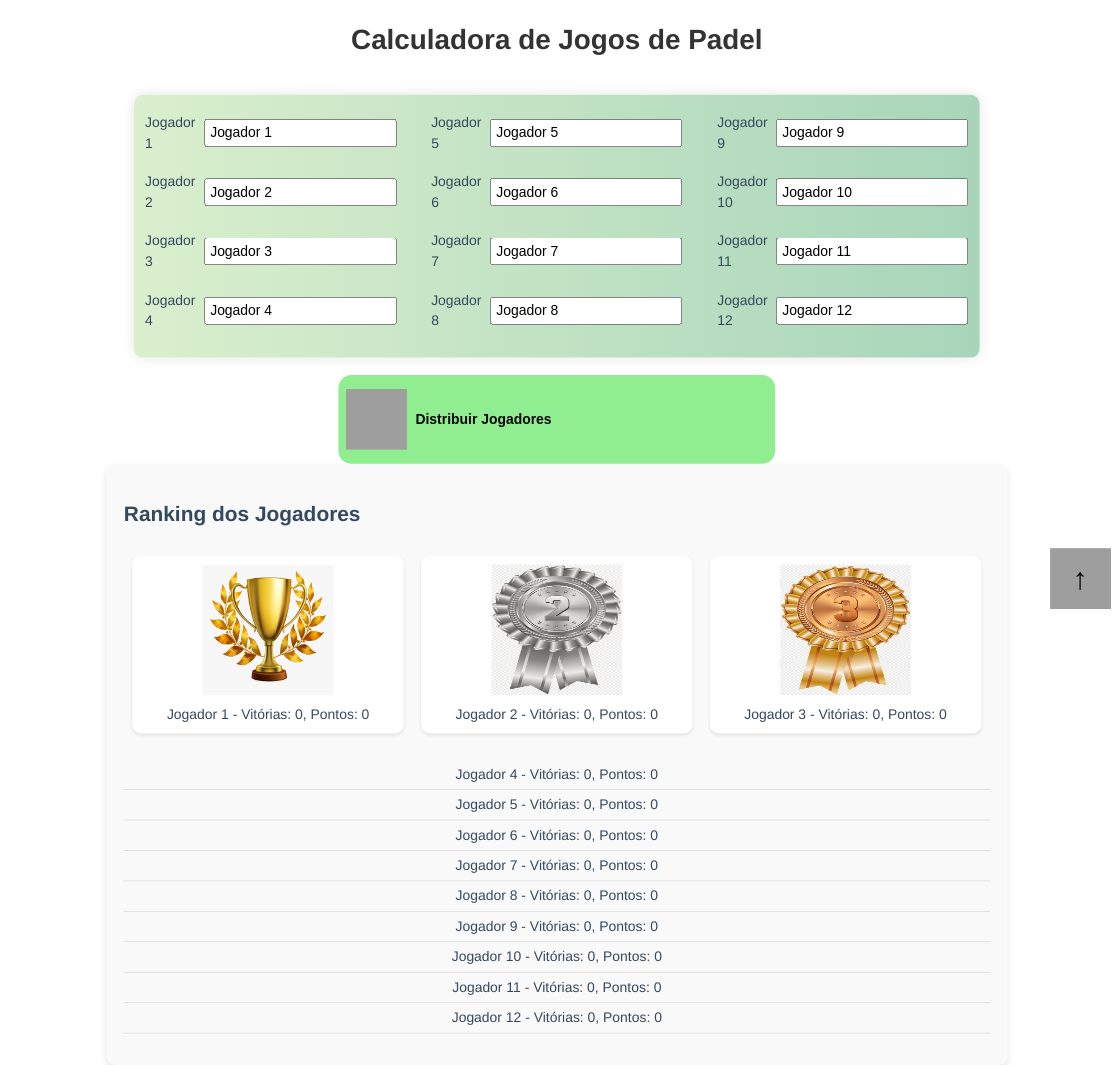
Repository: MarcioMiguel22/PadelMaster
Page: /calculadora
An editor plug-in stored every save of this project. The page is shown before and after the next save, followed by the edit.
The browser window is 1280 px wide. The pictures show the whole page, at 87% of full size.
Pictures or frames that could not be fetched are drawn as grey boxes. The project was rebuilt for these pictures with package versions that can differ from the ones it lists, and the page was loaded fresh each time. Also part of the build but not shown: vite.config.ts, src/pages/Home/Home.tsx, src/components/components_calculadora/Campo.tsx, src/components/components_calculadora/Jogo.tsx, src/pages/Player/playerComponent.tsx, src/index.css.

Above is the page before, as saved 2024-06-16 10:02:51.

After the next save:
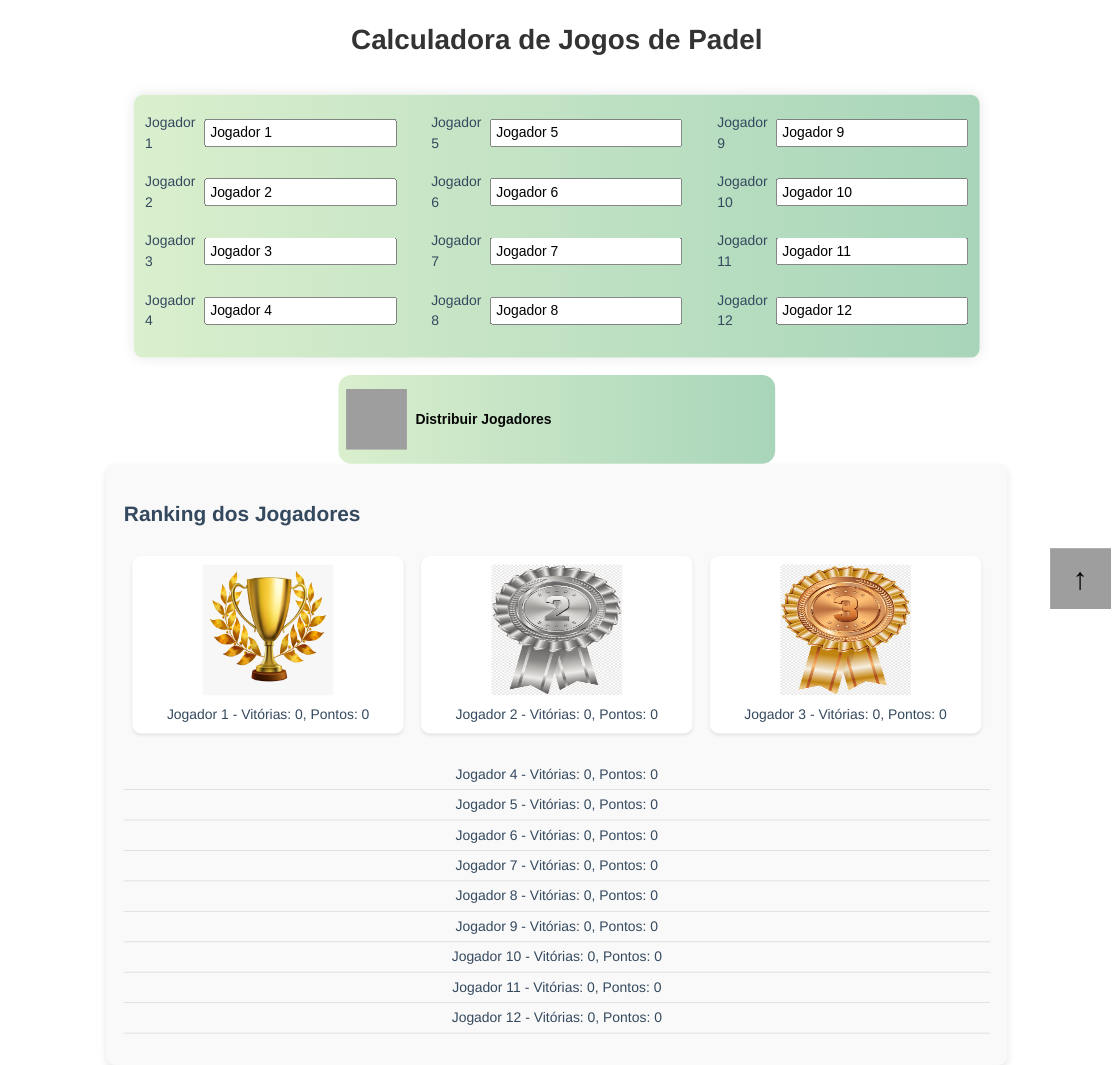
Saved 42 s later.
--- a/src/components/components_calculadora/DistributeButton.module.css
+++ b/src/components/components_calculadora/DistributeButton.module.css
@@ -1,7 +1,7 @@
 .container {
   width: 500px;
   height: 100px;
-  background-color: lightgreen;
+  background: linear-gradient(to right, #daefcd, #a8d5ba);
   padding: 1px;
   border-radius: 15px;
   display: flex;
